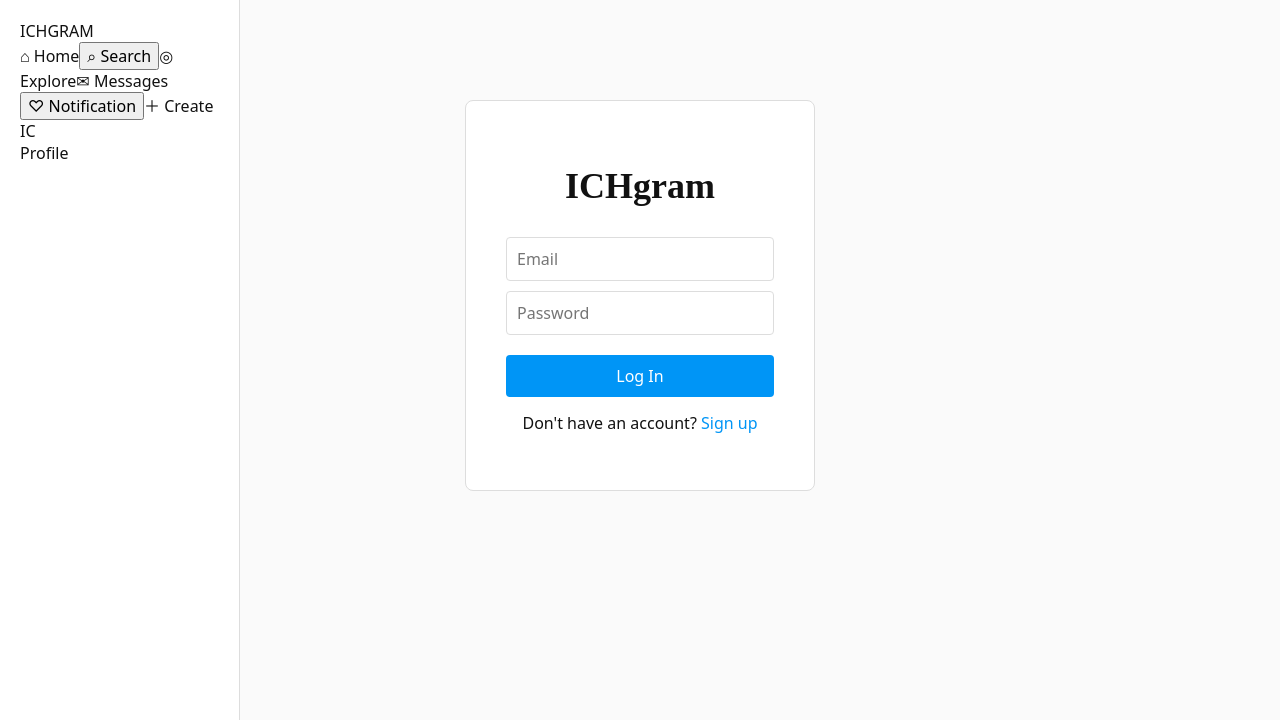
Repository: JuliiaJuliia/project-ichgram
Page: /
These files come from the project's save history. The page is drawn as it stood at one moment and after the next save; the edit follows.
The browser window is 1280 px wide. The pictures show the whole page.
The project was rebuilt for these pictures with package versions that can differ from the ones it lists, and the page was loaded fresh each time. Also part of the build but not shown: src/components/Stories.js, src/components/PostForm.js, src/components/PostCard.css, src/components/PostCard.js, src/components/Feed.js, src/components/Chat.js, src/pages/Register.js, src/pages/NotFound.js and 3 more.

Above is the page before, as saved 2026-02-19 19:01:08.

### src/index.css
:root{
  --bg:#fafafa;
  --surface:#fff;
  --text:#111;
  --muted:#737373;
  --line:#dbdbdb;
  --blue:#0095f6;

  --radius:14px;
  --shadow:0 10px 30px rgba(0,0,0,.12);
  --shadow-soft:0 6px 18px rgba(0,0,0,.10);

  --sidebar-w:240px;
  --drawer-w:420px;
  --container-w:1100px;
}

*{ box-sizing:border-box; }
html, body{ height:100%; }
body{
  margin:0;
  font-family: system-ui, -apple-system, Segoe UI, Roboto, Arial, sans-serif;
  background: var(--bg);
  color: var(--text);
}

a{ color:inherit; text-decoration:none; }
button, input{ font:inherit; }

### src/App.js
import "./App.css";
import { BrowserRouter as Router, Routes, Route } from "react-router-dom";
import ProtectedRoute from "./components/ProtectedRoute";

// ==== Компоненты ====
import Sidebar from "./components/Sidebar";
import Stories from "./components/Stories";
import PostForm from "./components/PostForm";
import Feed from "./components/Feed";
import Chat from "./components/Chat";

// ==== Страницы ====
import Login from "./pages/Login";
import Register from "./pages/Register";
import NotFound from "./pages/NotFound";
import Profile from "./pages/Profile";

// ==== Внутренние компоненты страниц ====
function Home() {
  return (
    <div className="main-content">
      <Stories />
      <PostForm />
      <Feed />
    </div>
  );
}

function Messages() {
  const chatId = "123";
  const userId = "user123";

  return (
    <div className="main-content">
      <h2>Messages</h2>
      <Chat chatId={chatId} userId={userId} />
    </div>
  );
}

// ==== Основной компонент приложения ====
function App() {
  return (
    <Router>
      <div className="app-container">
        {/* Левое меню (Sidebar) */}
        <Sidebar />

        {/* Настройка маршрутов */}
        <Routes>

          {/* ===== Закрытые маршруты ===== */}
          <Route
            path="/"
            element={
              <ProtectedRoute>
                <Home />
              </ProtectedRoute>
            }
          />

          <Route
            path="/messages"
            element={
              <ProtectedRoute>
                <Messages />
              </ProtectedRoute>
            }
          />

          <Route
            path="/profile"
            element={
              <ProtectedRoute>
                <Profile />
              </ProtectedRoute>
            }
          />

          {/* ===== Публичные маршруты (без авторизации) ===== */}
          <Route path="/login" element={<Login />} />
          <Route path="/register" element={<Register />} />

          {/* ===== 404 ===== */}
          <Route path="*" element={<NotFound />} />

        </Routes>
      </div>
    </Router>
  );
}

export default App;

### src/App.css
.app-container {
  display: flex;
}

.main-content {
  margin-left: 260px;
  padding: 20px;
  width: 100%;
  max-width: 700px;
}

### src/components/ProtectedRoute.js
import React from "react";
import { Navigate } from "react-router-dom";

function ProtectedRoute({ children }) {
  const token = localStorage.getItem("token");

  if (!token) {
    // Если юзер не авторизован — перебрасываем на логин
    return <Navigate to="/login" replace />;
  }

  return children;
}

export default ProtectedRoute;

### src/components/Sidebar.js
import React from "react";
import { NavLink, useNavigate } from "react-router-dom";
import "./Sidebar.css";

export default function Sidebar({ onOpenPanel }) {
  const navigate = useNavigate();

  return (
    <aside className="sidebar">
      <div className="sidebarLogo" onClick={() => navigate("/")}>
        ICHGRAM
      </div>

      <nav className="sidebarNav">
        <NavLink to="/" className="navItem">
          <span className="icon">⌂</span> Home
        </NavLink>

        <button className="navItem btnNav" onClick={() => onOpenPanel("search")}>
          <span className="icon">⌕</span> Search
        </button>

        <NavLink to="/explore" className="navItem">
          <span className="icon">◎</span> Explore
        </NavLink>

        <NavLink to="/messages" className="navItem">
          <span className="icon">✉</span> Messages
        </NavLink>

        <button className="navItem btnNav" onClick={() => onOpenPanel("notifications")}>
          <span className="icon">♡</span> Notification
        </button>

        <NavLink to="/create" className="navItem">
          <span className="icon">＋</span> Create
        </NavLink>
      </nav>

      <NavLink to="/profile" className="sidebarProfile">
        <div className="avatarSmall">IC</div>
        <span>Profile</span>
      </NavLink>
    </aside>
  );
}

### src/pages/Login.js
import React, { useState } from "react";
import { Link, useNavigate } from "react-router-dom";
import axios from "axios";
import "./Auth.css";

function Login() {
  const [email, setEmail] = useState("");
  const [password, setPassword] = useState("");
  const navigate = useNavigate();

  const handleLogin = async (e) => {
    e.preventDefault();

    try {
      // 👇 тут звернення до твого реального backend API
      const { data } = await axios.post("http://localhost:3001/api/auth/login", {
        email,
        password,
      });

      // Збережемо токен для подальших запитів
      localStorage.setItem("token", data.token);
      localStorage.setItem("user", JSON.stringify(data.user));

      alert("✅ Вхід успішний!");
      navigate("/"); // після логіну — на головну сторінку
    } catch (err) {
      alert("❌ " + (err.response?.data?.message || "Login error"));
      console.error(err);
    }
  };

  return (
    <div className="auth-container">
      <h1>ICHgram</h1>
      <form onSubmit={handleLogin}>
        <input
          type="email"
          placeholder="Email"
          value={email}
          onChange={(e) => setEmail(e.target.value)}
          required
        />

        <input
          type="password"
          placeholder="Password"
          value={password}
          onChange={(e) => setPassword(e.target.value)}
          required
        />

        <button type="submit">Log In</button>
      </form>

      <p>
        Don't have an account? <Link to="/register">Sign up</Link>
      </p>
    </div>
  );
}

export default Login;

### src/components/Sidebar.css
.sidebar {
    width: 230px;
    background: #fff;
    border-right: 1px solid #ddd;
    padding: 20px;
    position: fixed;
    height: 100vh;
  }

  .logo {
    font-family: 'Brush Script MT', cursive;
    font-size: 26px;
    margin-bottom: 30px;
  }

  .sidebar-nav {
    display: flex;
    flex-direction: column;
  }

  .sidebar-nav a {
    padding: 10px 0;
    text-decoration: none;
    color: black;
    font-size: 16px;
    transition: 0.2s;
  }

  .sidebar-nav a:hover {
    color: #0095f6;
  }

  .sidebar-nav a.active {
    font-weight: 600;
    color: #0095f6;
  }

### src/components/Stories.css
.sidebar {
    width: 240px;
    height: 100vh;
    border-right: 1px solid #ddd;
    padding: 20px;
    position: fixed;
    left: 0;
    top: 0;
    background: white;
  }

  .logo {
    font-size: 24px;
    margin-bottom: 30px;
  }

  .nav-item {
    padding: 12px 0;
    font-size: 18px;
    cursor: pointer;
  }

  .nav-item:hover {
    background: #f5f5f5;
    border-radius: 8px;
    padding-left: 10px;
  }

### src/pages/Auth.css
.auth-container {
    width: 350px;
    margin: 100px auto;
    text-align: center;
    background: #fff;
    padding: 40px;
    border: 1px solid #ddd;
    border-radius: 8px;
  }

  .auth-container h1 {
    font-family: 'Brush Script MT', cursive;
    font-size: 36px;
    margin-bottom: 30px;
  }

  .auth-container input {
    display: block;
    width: 100%;
    margin: 10px 0;
    padding: 10px;
    border: 1px solid #ddd;
    border-radius: 4px;
  }

  .auth-container button {
    width: 100%;
    padding: 10px;
    background-color: #0095f6;
    color: white;
    border: none;
    border-radius: 4px;
    margin-top: 10px;
  }

  .auth-container p {
    margin-top: 15px;
  }

  .auth-container a {
    color: #0095f6;
    text-decoration: none;
  }

Loaded but not shown: public/index.html (common file); src/index.js (common file); src/reportWebVitals.js (common file)

After the next save:
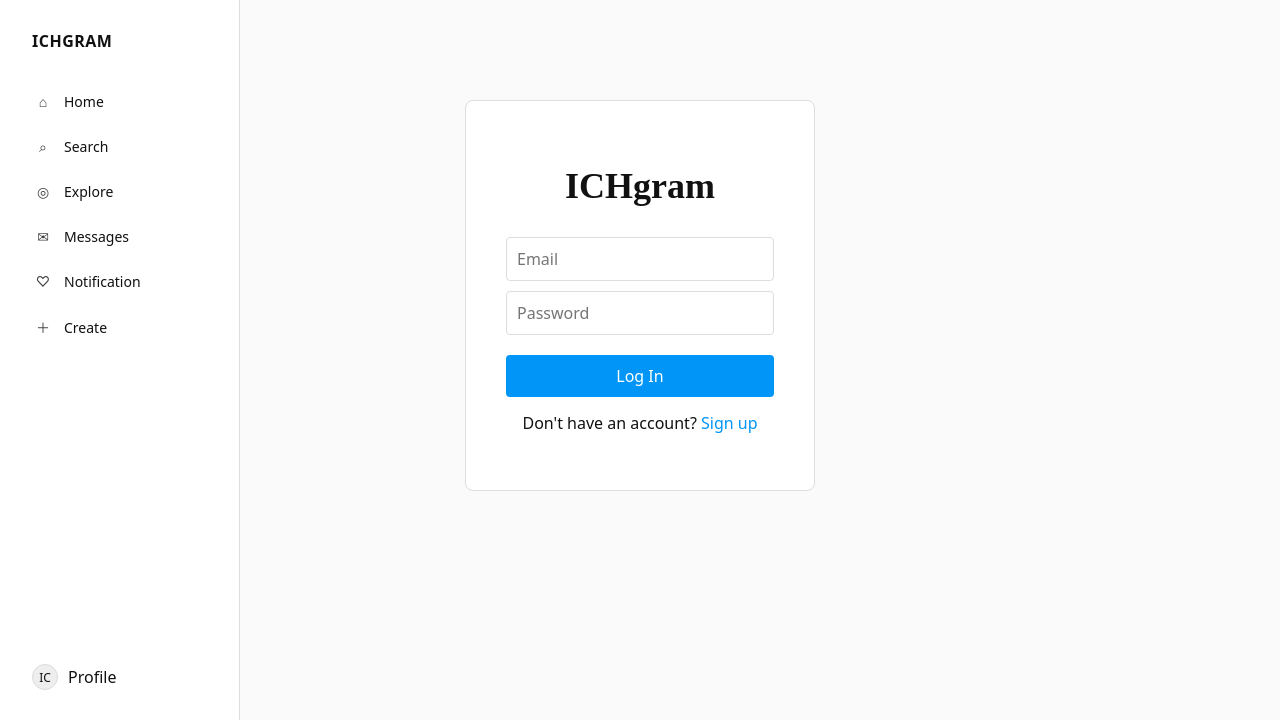
Saved 12 s later.
--- a/src/components/Sidebar.css
+++ b/src/components/Sidebar.css
@@ -1,36 +1,76 @@
-.sidebar {
-    width: 230px;
-    background: #fff;
-    border-right: 1px solid #ddd;
-    padding: 20px;
+.sidebar{
+    width: var(--sidebar-w);
     position: fixed;
-    height: 100vh;
+    top:0; left:0; bottom:0;
+    background: var(--surface);
+    border-right: 1px solid var(--line);
+    padding: 18px 14px;
+    display:flex;
+    flex-direction: column;
+    gap: 12px;
   }
 
-  .logo {
-    font-family: 'Brush Script MT', cursive;
-    font-size: 26px;
-    margin-bottom: 30px;
+  .sidebarLogo{
+    font-weight: 800;
+    letter-spacing: .5px;
+    padding: 10px 12px;
+    cursor:pointer;
   }
 
-  .sidebar-nav {
-    display: flex;
+  .sidebarNav{
+    display:flex;
     flex-direction: column;
+    gap: 6px;
+    margin-top: 8px;
   }
 
-  .sidebar-nav a {
-    padding: 10px 0;
-    text-decoration: none;
-    color: black;
-    font-size: 16px;
-    transition: 0.2s;
+  .navItem{
+    display:flex;
+    align-items:center;
+    gap: 10px;
+    padding: 10px 12px;
+    border-radius: 12px;
+    color: var(--text);
+    border:0;
+    background: transparent;
+    cursor:pointer;
+    font-size: 14px;
   }
 
-  .sidebar-nav a:hover {
-    color: #0095f6;
+  .navItem:hover{
+    background: #f2f2f2;
   }
 
-  .sidebar-nav a.active {
-    font-weight: 600;
-    color: #0095f6;
+  .btnNav{ width: 100%; text-align:left; }
+
+  .icon{
+    width: 22px;
+    display:inline-flex;
+    justify-content:center;
+    opacity:.8;
   }
+
+  .sidebarProfile{
+    margin-top: auto;
+    display:flex;
+    align-items:center;
+    gap: 10px;
+    padding: 10px 12px;
+    border-radius: 12px;
+  }
+
+  .sidebarProfile:hover{
+    background:#f2f2f2;
+  }
+
+  .avatarSmall{
+    width: 26px;
+    height: 26px;
+    border-radius: 50%;
+    background:#eee;
+    display:flex;
+    align-items:center;
+    justify-content:center;
+    font-size: 12px;
+    border: 1px solid var(--line);
+  }

After the 2 saves that followed:
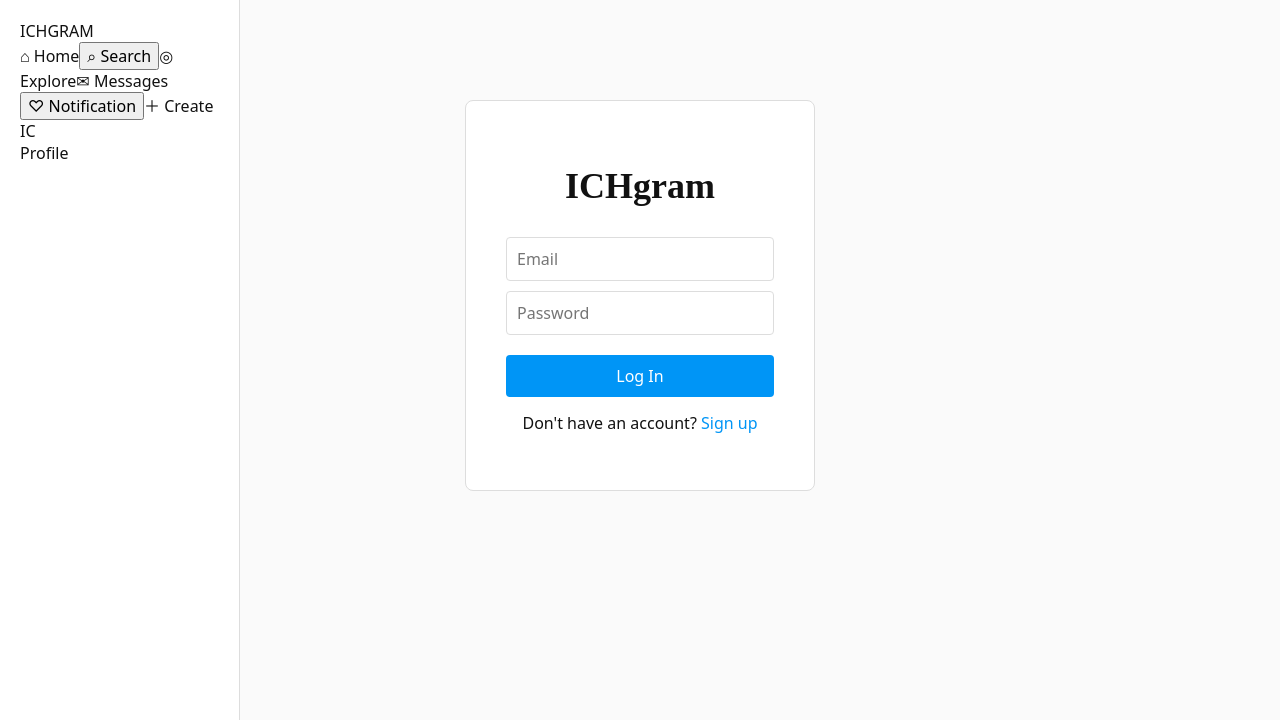
The 2 saves are shown as one change because they came seconds apart.
The last was saved 12 s later.
--- a/src/components/Sidebar.css
+++ b/src/components/Sidebar.css
@@ -1,76 +1,36 @@
-.sidebar{
-    width: var(--sidebar-w);
+.sidebar {
+    width: 230px;
+    background: #fff;
+    border-right: 1px solid #ddd;
+    padding: 20px;
     position: fixed;
-    top:0; left:0; bottom:0;
-    background: var(--surface);
-    border-right: 1px solid var(--line);
-    padding: 18px 14px;
-    display:flex;
-    flex-direction: column;
-    gap: 12px;
+    height: 100vh;
   }
 
-  .sidebarLogo{
-    font-weight: 800;
-    letter-spacing: .5px;
-    padding: 10px 12px;
-    cursor:pointer;
+  .logo {
+    font-family: 'Brush Script MT', cursive;
+    font-size: 26px;
+    margin-bottom: 30px;
   }
 
-  .sidebarNav{
-    display:flex;
+  .sidebar-nav {
+    display: flex;
     flex-direction: column;
-    gap: 6px;
-    margin-top: 8px;
   }
 
-  .navItem{
-    display:flex;
-    align-items:center;
-    gap: 10px;
-    padding: 10px 12px;
-    border-radius: 12px;
-    color: var(--text);
-    border:0;
-    background: transparent;
-    cursor:pointer;
-    font-size: 14px;
+  .sidebar-nav a {
+    padding: 10px 0;
+    text-decoration: none;
+    color: black;
+    font-size: 16px;
+    transition: 0.2s;
   }
 
-  .navItem:hover{
-    background: #f2f2f2;
+  .sidebar-nav a:hover {
+    color: #0095f6;
   }
 
-  .btnNav{ width: 100%; text-align:left; }
-
-  .icon{
-    width: 22px;
-    display:inline-flex;
-    justify-content:center;
-    opacity:.8;
+  .sidebar-nav a.active {
+    font-weight: 600;
+    color: #0095f6;
   }
-
-  .sidebarProfile{
-    margin-top: auto;
-    display:flex;
-    align-items:center;
-    gap: 10px;
-    padding: 10px 12px;
-    border-radius: 12px;
-  }
-
-  .sidebarProfile:hover{
-    background:#f2f2f2;
-  }
-
-  .avatarSmall{
-    width: 26px;
-    height: 26px;
-    border-radius: 50%;
-    background:#eee;
-    display:flex;
-    align-items:center;
-    justify-content:center;
-    font-size: 12px;
-    border: 1px solid var(--line);
-  }
